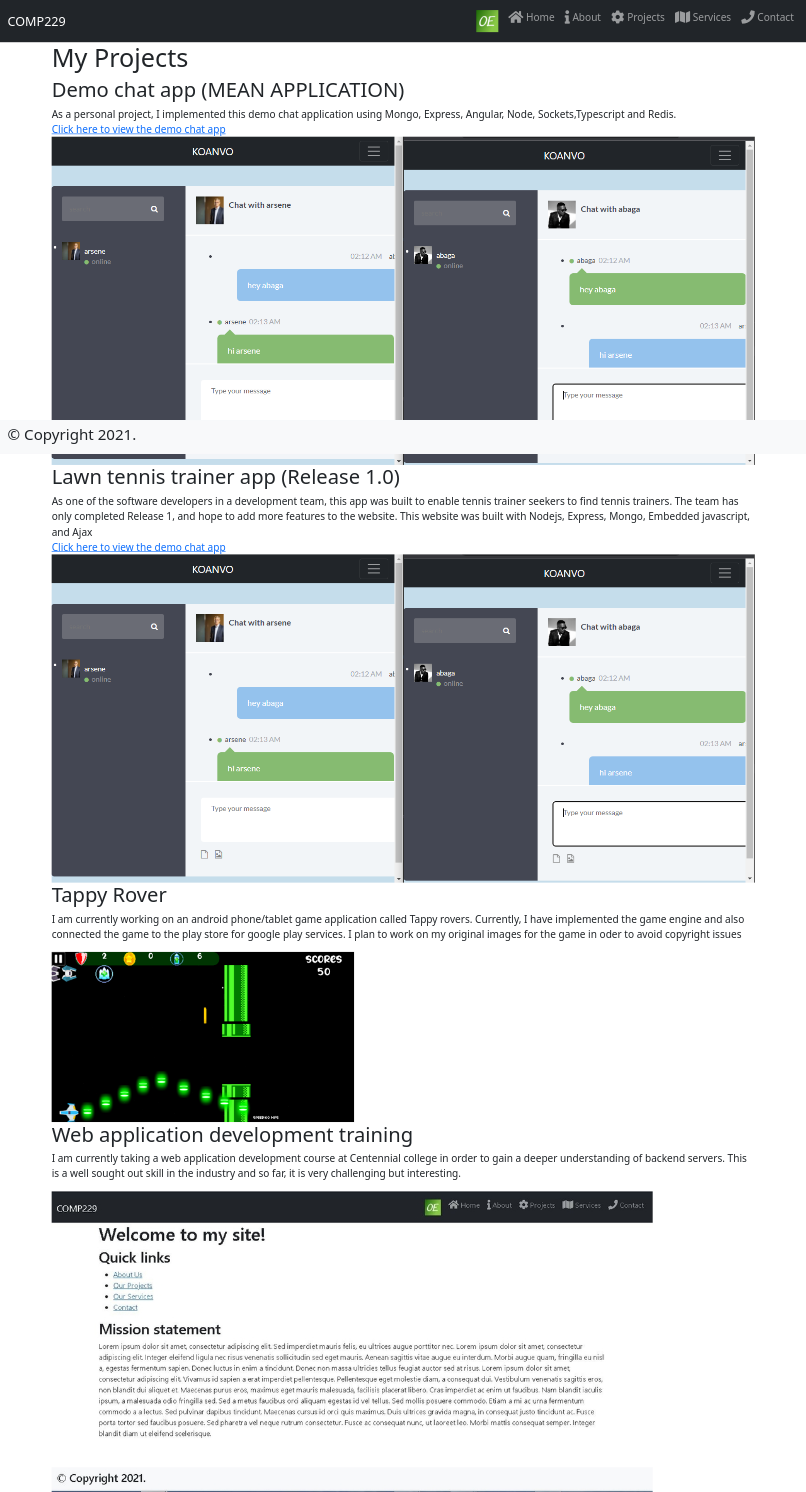
Repository: ofovweewere/Career-Portfolio
Page: http://localhost/projects
The author's editor kept a copy of each file at every save. The page is drawn from the files as they stood at one save, then again after the next save.
The browser window is 1280 px wide. The pictures show the whole page, at 63% of full size.
The page is served by the project's Node server (index.js). Other server files are loaded and not shown.

Above is the page before, as saved 2022-04-14 02:28:15.

### Server/Views/index.ejs
<!--File name: index.ejs,
  Student's name: Ofovwe Ewere
  Student's id: 301188196
  Date: June 4, 2021
-->
<!DOCTYPE html>
<html lang="en">
<head>
  <meta charset="UTF-8">
  <meta http-equiv="X-UA-Compatible" content="IE=edge">
  <meta name="viewport" content="width=device-width, initial-scale=1.0">
  <title><%= title %></title>
  <!--CSS Section -->
  <link rel="stylesheet" href="/bootstrap/dist/css/bootstrap.min.css">
  <link rel="stylesheet" href="/@fortawesome/fontawesome-free/css/all.min.css">
  <link rel="stylesheet" href="/Content/app.css">
</head>
<body>
  <!--Navigation Section-->
  <header>
    <%- include('./components/header.ejs') %>
  </header>

  <!--Main content-->
  <main>
    <%- include('./content/' +page +'.ejs') %>
  </main>

  <!--Bottom Nav-->
  <footer>
    <%- include('./components/footer.ejs') %>
  </footer>

  <!--Javascript Section-->
  <script src="/jquery/dist/jquery.min.js"></script>
  <script src="/bootstrap/dist/js/bootstrap.min.js"></script>
  <script src="/Scripts/app.js"></script>
</body>
</html>

### Server/Views/components/header.ejs
<!--File name: header.ejs,
  Student's name: Ofovwe Ewere
  Student's id: 301188196
  Date: June 4, 2021
-->
<nav class="navbar navbar-expand-lg navbar-dark bg-dark">
    <div class="container-fluid">
      <a class="navbar-brand" href="#">COMP229</a>
      <button class="navbar-toggler" type="button" data-bs-toggle="collapse" data-bs-target="#navbarSupportedContent" aria-controls="navbarSupportedContent" aria-expanded="false" aria-label="Toggle navigation">
        <span class="navbar-toggler-icon"></span>
      </button>
      <div class="collapse navbar-collapse" id="navbarSupportedContent">
        <ul class="navbar-nav ms-auto mb-2 mb-lg-0">
          <li class="nav-item">
            <a class="nav-link"  href="#"><img src="Assets/images/logo.png"></a>
          </li>

          <li class="nav-item">
            <a class="nav-link" href="/home"><i class="fas fa-home fa-lg"></i> Home</a>
          </li>

          <li class="nav-item">
            <a class="nav-link" href="/about"><i class="fas fa-info fa-lg"></i> About</a>
          </li>

          <li class="nav-item">
            <a class="nav-link" href="/projects"><i class="fas fa-cog fa-lg"></i> Projects</a>
          </li>

          <li class="nav-item">
            <a class="nav-link" href="/services"><i class="fas fa-map fa-lg"></i> Services</a>
          </li>

          <li class="nav-item">
            <a class="nav-link" href="/contact"><i class="fas fa-phone fa-lg"></i> Contact</a>
          </li>


        </ul>

      </div>
    </div>
  </nav>

### Server/Views/content/projects.ejs
<!--File name: projects.ejs,
  Student's name: Ofovwe Ewere
  Student's id: 301188196
  Date: June 4, 2021
-->
<div class="container">
    <h1>My Projects</h1>
    <h2>Demo chat app (MEAN APPLICATION)</h2>
    <p  style="margin-bottom:0">As a personal project, I implemented this demo chat application using Mongo, Express, Angular, Node, Sockets,Typescript and Redis.
    </p>
    <a href="" style="margin-top:0">Click here to view the demo chat app</a>
    <div><img img src="Assets/images/chatApp.png" style="width:100%;"></div>

    <h2>Lawn tennis trainer app (Release 1.0)</h2>
    <p  style="margin-bottom:0">As one of the software developers in a development team, this app was built to enable tennis trainer seekers to find tennis trainers.
      The team has only completed Release 1, and hope to add more features to the website. This website was built with Nodejs, Express, Mongo, Embedded javascript, and Ajax
    </p>
    <a href="" style="margin-top:0">Click here to view the demo chat app</a>
    <div><img img src="Assets/images/chatApp.png" style="width:100%;"></div>

    <h2>Tappy Rover</h2>
    <p>I am currently working on an android phone/tablet game application called Tappy rovers. Currently, I have implemented the game engine and also connected the game to the play store for google play services. I plan to work on my original images for the game in oder to avoid copyright issues</p>
    <div><img img src="Assets/images/tappyrover.png"></div>



    <h2>Web application development training</h2>
    <p>I am currently taking a web application development course at Centennial college in order to gain a deeper understanding of backend servers. This is a well sought out skill in the industry and so far, it is very challenging but interesting. </p>
    <div><img img src="Assets/images/webapp.jpg"></div>
  </div>

### Server/Views/components/footer.ejs
<!--File name: footer.ejs,
  Student's name: Ofovwe Ewere
  Student's id: 301188196
  Date: June 4, 2021
-->
  <nav class="navbar fixed-bottom navbar-light bg-light">
    <div class="container-fluid">
      <h4>&copy; Copyright 2021.</h4>
    </div>
  </nav>

### index.js
#!/usr/bin/env node

/**
 * Module dependencies.
 *  File name: index.js,
    Student's name: Ofovwe Ewere
    Student's id: 301188196
    Date: June 4, 2021

 */
"use strict";
var __importDefault = (this && this.__importDefault) || function (mod) {
    return (mod && mod.__esModule) ? mod : { "default": mod };
};
Object.defineProperty(exports, "__esModule", { value: true });
const app_1 = __importDefault(require("./Server/Config/app"));
const debug_1 = __importDefault(require("debug"));
debug_1.default('week4:server');
const http_1 = __importDefault(require("http"));
let port = normalizePort(process.env.PORT || '3000');
app_1.default.set('port', port);
let server = http_1.default.createServer(app_1.default);
server.listen(port);
server.on('error', onError);
server.on('listening', onListening);
function normalizePort(val) {
    let port = parseInt(val, 10);
    if (isNaN(port)) {
        return val;
    }
    if (port >= 0) {
        return port;
    }
    return false;
}
function onError(error) {
    if (error.syscall !== 'listen') {
        throw error;
    }
    var bind = typeof port === 'string'
        ? 'Pipe ' + port
        : 'Port ' + port;
    switch (error.code) {
        case 'EACCES':
            console.error(bind + ' requires elevated privileges');
            process.exit(1);
            break;
        case 'EADDRINUSE':
            console.error(bind + ' is already in use');
            process.exit(1);
            break;
        default:
            throw error;
    }
}
function onListening() {
    let addr = server.address();
    let bind = typeof addr === 'string'
        ? 'pipe ' + addr
        : 'port ' + addr.port;
    debug_1.default('Listening on ' + bind);
}
//# sourceMappingURL=index.js.map

### Server/Routes/index.js
/**
 * Module dependencies.
 *  File name: index.js,
    Student's name: Ofovwe Ewere
    Student's id: 301188196
    Date: June 4, 2021

 */
"use strict";
var __importDefault = (this && this.__importDefault) || function (mod) {
    return (mod && mod.__esModule) ? mod : { "default": mod };
};
Object.defineProperty(exports, "__esModule", { value: true });
const express_1 = __importDefault(require("express"));
const router = express_1.default.Router();
exports.default = router;
router.get('/', function (req, res, next) {
    res.render('index', { title: 'Home', page: 'home' });
});
router.get('/home', function (req, res, next) {
    res.render('index', { title: 'Home', page: 'home' });
});
router.get('/about', function (req, res, next) {
    res.render('index', { title: 'About Me', page: 'about' });
});
router.get('/projects', function (req, res, next) {
    res.render('index', { title: 'My Projects', page: 'projects' });
});
router.get('/services', function (req, res, next) {
    res.render('index', { title: 'My Services', page: 'services' });
});
router.get('/contact', function (req, res, next) {
    res.render('index', { title: 'Contact Me', page: 'contact' });
});
//# sourceMappingURL=index.js.map

### Client/Content/app.css
/* your custom css goes here*/

### Client/Scripts/app.js
/**
 * Module dependencies.
 *  File name: app.js,
    Student's name: Ofovwe Ewere
    Student's id: 301188196
    Date: June 4, 2021

 */
"use strict";
(function () {
    function Start() {
        console.log("app started");
    }
    window.addEventListener("load", Start);
})();
//# sourceMappingURL=app.js.map

After the next save:
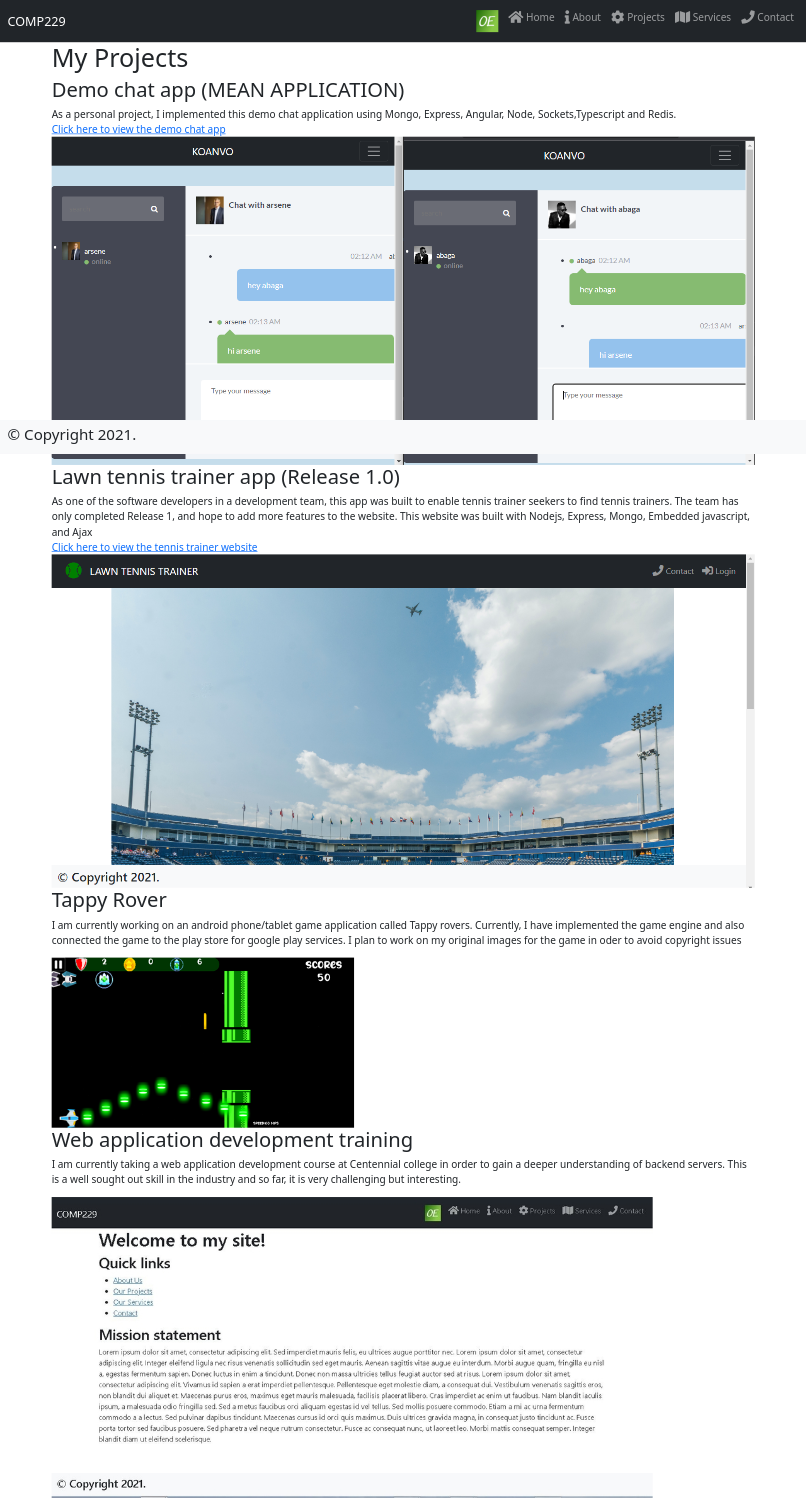
Saved 27 s later.
--- a/Server/Views/content/projects.ejs
+++ b/Server/Views/content/projects.ejs
@@ -15,8 +15,8 @@
     <p  style="margin-bottom:0">As one of the software developers in a development team, this app was built to enable tennis trainer seekers to find tennis trainers.
       The team has only completed Release 1, and hope to add more features to the website. This website was built with Nodejs, Express, Mongo, Embedded javascript, and Ajax
     </p>
-    <a href="" style="margin-top:0">Click here to view the demo chat app</a>
-    <div><img img src="Assets/images/chatApp.png" style="width:100%;"></div>
+    <a href="" style="margin-top:0">Click here to view the tennis trainer website</a>
+    <div><img img src="Assets/images/tennisTrainer.png" style="width:100%;"></div>
 
     <h2>Tappy Rover</h2>
     <p>I am currently working on an android phone/tablet game application called Tappy rovers. Currently, I have implemented the game engine and also connected the game to the play store for google play services. I plan to work on my original images for the game in oder to avoid copyright issues</p>
